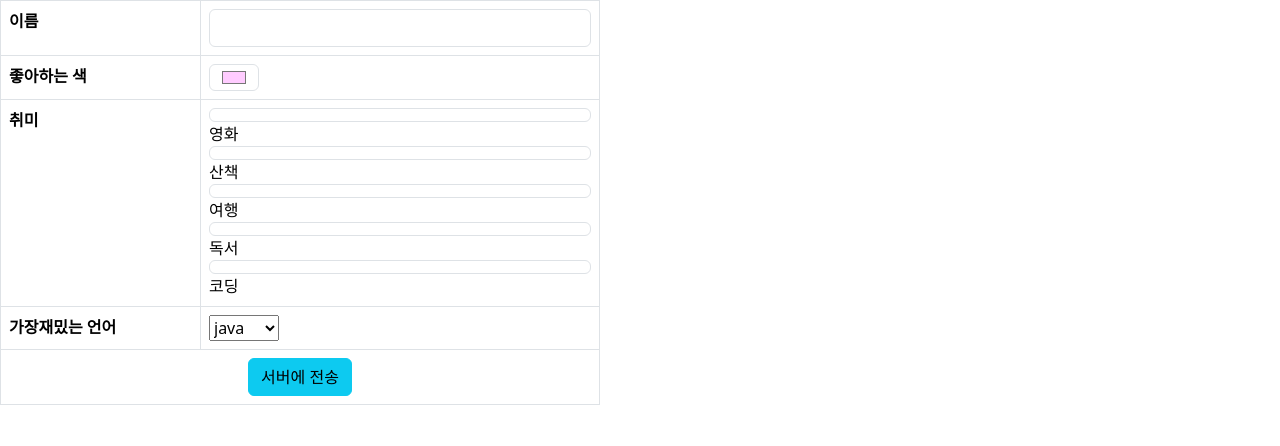
Repository: UZCHA/Sist0103Project
Page: http://localhost/SpringMvcTest/WEB-INF/info/infoform.jsp
The author's editor kept a copy of each file at every save. The page is drawn from the files as they stood at one save, then again after the next save.
The browser window is 1280 px wide. The pictures show the whole page.
Some web fonts or font styles are not loaded; a fallback is used. The page is served by Tomcat 9. Nobody is signed in. The template is opened directly, without the code that normally fills it, so the values that code supplies are empty.

Above is the page before, as saved 2024-05-07 01:11:37.

### sts3work/SpringMvcTest/src/main/webapp/WEB-INF/info/infoform.jsp
<%@ page language="java" contentType="text/html; charset=utf-8"
    pageEncoding="utf-8"%>
<%@ taglib prefix="c" uri="http://java.sun.com/jsp/jstl/core" %>
<%@ taglib prefix="fmt" uri="http://java.sun.com/jsp/jstl/fmt" %>
<!DOCTYPE html>
<html>
<head>
<meta charset="UTF-8">
<link href="https://cdn.jsdelivr.net/npm/bootstrap@5.3.2/dist/css/bootstrap.min.css" rel="stylesheet">
<link href="https://fonts.googleapis.com/css2?family=Dongle&family=Gaegu&family=Nanum+Pen+Script&family=Noto+Sans+KR:wght@100..900&family=Noto+Serif+KR&display=swap" rel="stylesheet">
<script src="https://code.jquery.com/jquery-3.7.0.js"></script>
<title>Insert title here</title>
</head>
<body>
	<form action="" method="post">
		<table class="table table-bordered" style="width: 600px;">
			<tr>
				<th width="200">이름</th>
				<td>
					<input type="text" name="name" class="form-control">
				</td>
			</tr>
			<tr>
				<th>좋아하는 색</th>
				<td>
					<input type="color" name="color" class="form-control"
					value="#ffccff" style="width: 50px;">
				</td>
			</tr>
			<tr>
				<th>취미</th>
				<td>
				<div class="form-group">
					<input type="checkbox" name="hobby" class="form-control"
					value="영화">영화
					<input type="checkbox" name="hobby" class="form-control"
					value="산책">산책
					<input type="checkbox" name="hobby" class="form-control"
					value="여행">여행
					<input type="checkbox" name="hobby" class="form-control"
					value="독서">독서
					<input type="checkbox" name="hobby" class="form-control"
					value="코딩">코딩
				</div>
				</td>
			</tr>
			<tr>
				<th>가장재밌는 언어</th>
				<td>
					<select name="lang">
						<option value="java">java</option>
						<option value="html">html</option>
						<option value="ajax">ajax</option>
						<option value="spring">spring</option>
					</select>
				</td>
			</tr>
			<tr>
				<td colspan="2" align="center">
				<button type="submit" class="btn btn-info">서버에 전송</button>
				</td>
			</tr>
		</table>
	</form>
</body>
</html>

After the next save:
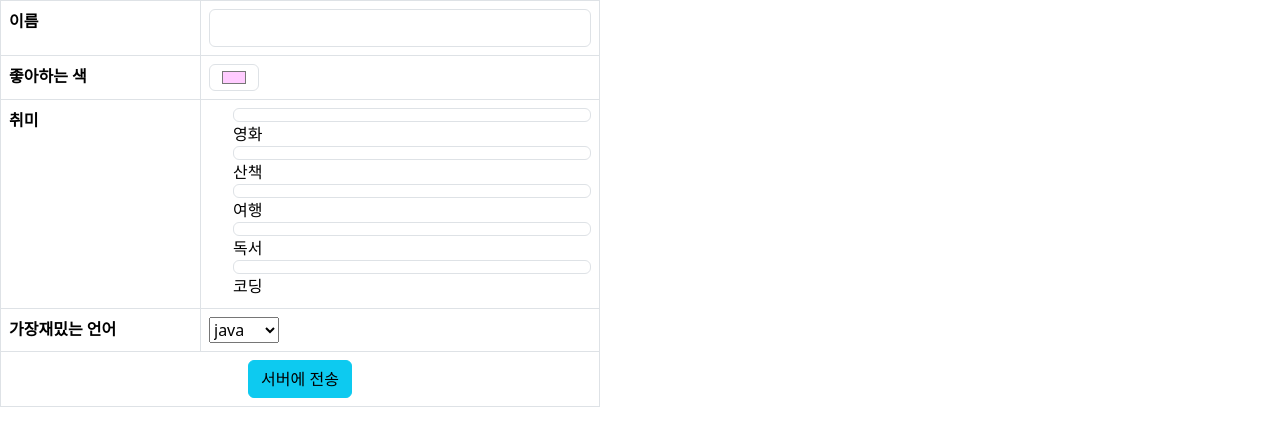
Saved 20 s later.
--- a/sts3work/SpringMvcTest/src/main/webapp/WEB-INF/info/infoform.jsp
+++ b/sts3work/SpringMvcTest/src/main/webapp/WEB-INF/info/infoform.jsp
@@ -30,7 +30,7 @@
 			<tr>
 				<th>취미</th>
 				<td>
-				<div class="form-group">
+				<div class="form-check">
 					<input type="checkbox" name="hobby" class="form-control"
 					value="영화">영화
 					<input type="checkbox" name="hobby" class="form-control"
